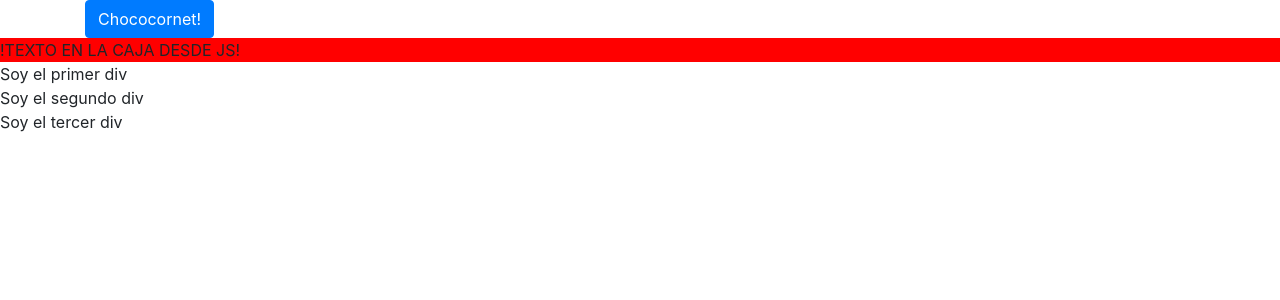
Repository: gitmadacode/practica_javascript
Page: Inicio/index.html
The author's editor kept a copy of each file at every save. The page is drawn from the files as they stood at one save, then again after the next save.
The browser window is 1280 px wide. The pictures show the whole page.

Above is the page before, as saved 2019-09-09 15:59:01.

After the next save:
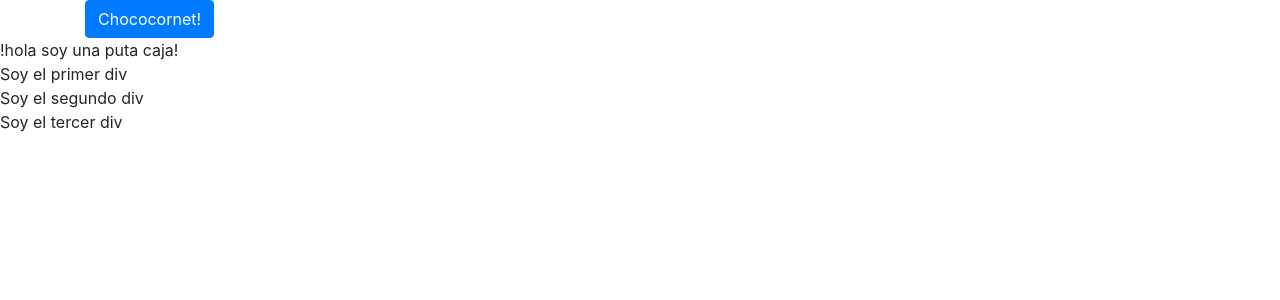
Console error: SyntaxError: Unexpected identifier 'todosLosDiv'
Saved 20 min 26 s later.
--- a/Inicio/js/dom.js
+++ b/Inicio/js/dom.js
@@ -17,4 +17,8 @@
 
 
 //Consegir elementos por su etiqueta
+Var todosLosDiv =document.getElementsByTag('div');
+
+
+//Consegir elementos por su clase
 console.log(caja);

After the save that followed:
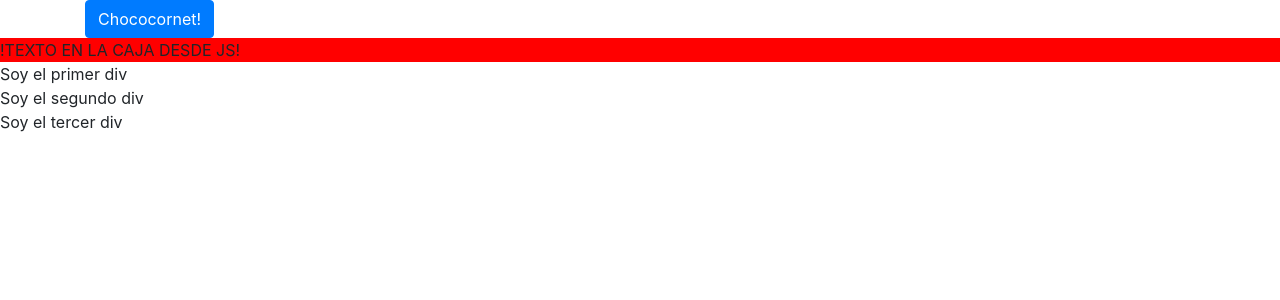
Console error: TypeError: document.getElementsByTag is not a function
Saved 10 s later.
--- a/Inicio/js/dom.js
+++ b/Inicio/js/dom.js
@@ -17,7 +17,7 @@
 
 
 //Consegir elementos por su etiqueta
-Var todosLosDiv =document.getElementsByTag('div');
+var todosLosDiv = document.getElementsByTag('div');
 
 
 //Consegir elementos por su clase
